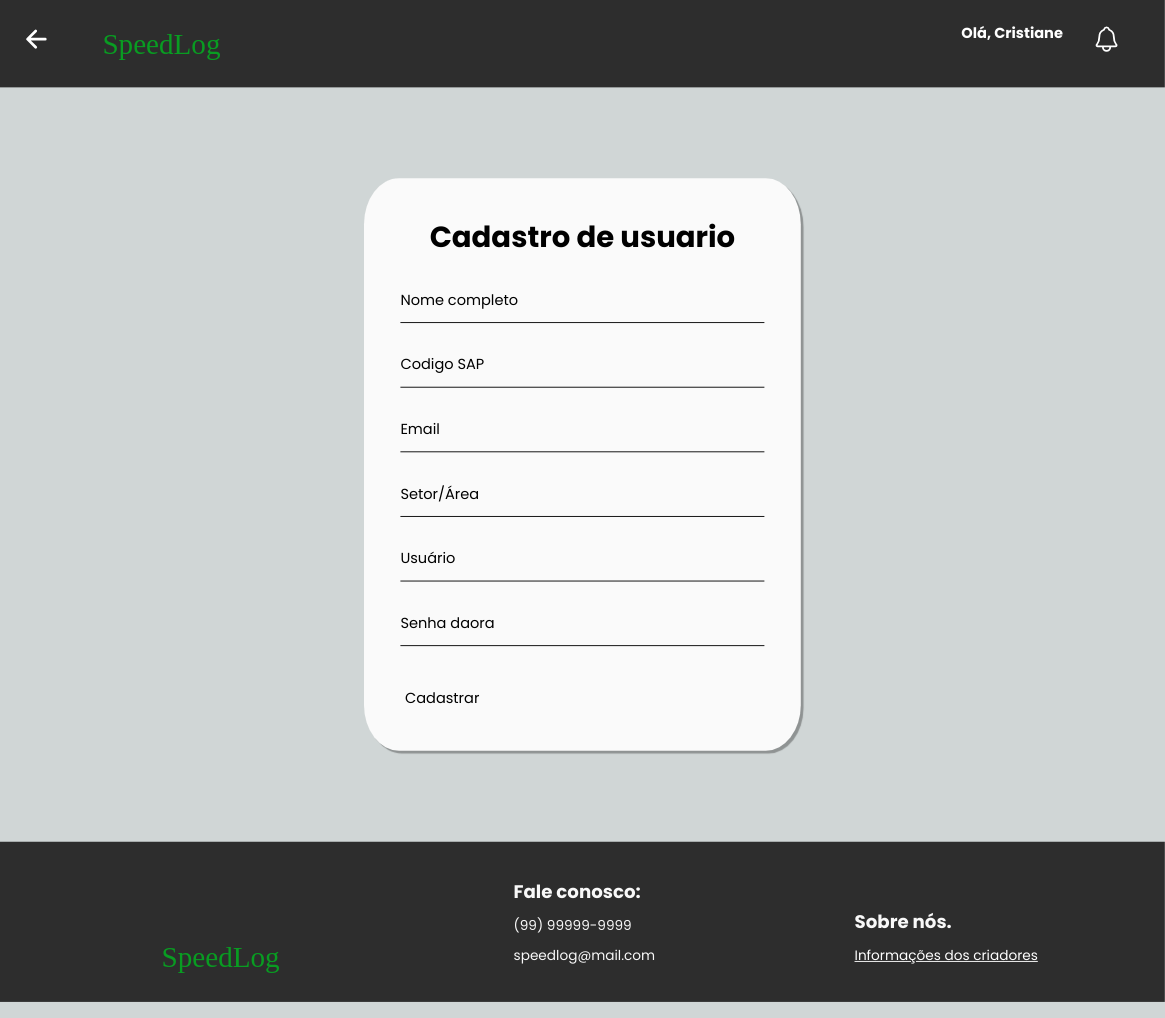
Repository: crisholiveira/speedlog
Page: http://localhost/cadastroDeUsuario/
These files come from the project's save history. The page is drawn as it stood at one moment and after the next save; the edit follows.
The browser window is 1280 px wide. The pictures show the whole page, at 91% of full size.
Some web fonts or font styles are not loaded; a fallback is used. The page is served by the project's Node server (app.js). Other server files are loaded and not shown.

Above is the page before, as saved 2022-01-23 18:16:15.

### views/cadUsuario.ejs
<!DOCTYPE html>
<html lang="pt-br">
<head>
    <meta charset="UTF-8">
    <meta http-equiv="X-UA-Compatible" content="IE=edge">
    <meta name="viewport" content="width=device-width, initial-scale=1.0">
    <title>Cadastro de usuário</title>

    <link rel="stylesheet" href="/stylesheets/cadUsuario.css">
    <%- include('./partials/header.ejs') %>

</head>


<body>

    <div class="container">
        <div class="card">
            <h1>Cadastro de usuario</h1>

            <div class="label-float">
                <input type="text" name="nome" id="nome" placeholder=" ">
                <label for="nome">Nome completo</label>
            </div>

            <div class="label-float">
                <input type="number" name="sap" id="sap" placeholder=" ">
                <label for="sap">Codigo SAP</label>
            </div>

            <div class="label-float">
                <input type="email" name="email" id="email" placeholder=" ">
                <label for="email">Email</label>
            </div>

            <div class="label-float">
                <input type="text" name="setor" id="setor" placeholder=" ">
                <label for="setor">Setor/Área</label>
            </div>

            <div class="label-float">
                <input type="text" name="usuario" id="usuario" placeholder=" ">
                <label for="usuario">Usuário</label>
            </div>

            <div class="label-float">
                <input type="password" name="senha" id="senha" placeholder=" ">
                <label for="senha">Senha daora</label>
            </div>

            <div class="justfy-center">
                <button>Cadastrar</button>
            </div>

        </div>
    </div>


    <%- include('./partials/footer.ejs') %>
</body>


</html>

### views/partials/header.ejs
<!DOCTYPE html>
<html lang="en">

<head>
    <meta charset="UTF-8">
    <meta http-equiv="X-UA-Compatible" content="IE=edge">
    <meta name="viewport" content="width=device-width, initial-scale=1.0">
    <link rel="stylesheet" href="/stylesheets/header.css">
    <title>SpeedLog</title>
</head>
<header>
    <div id="menu-header">
        <div class="header-container">
            <span class="icone-voltar"><a href="/home"><ion-icon name="arrow-back-outline"></ion-icon></a>

            </span>
            <span class="logo">SpeedLog</span>
            <span class="icone-notificacao">
                <ion-icon name="notifications-outline"></ion-icon>
            </span>
            <span class="bem-vindo">
                <h4>Olá, Cristiane</h4>
            </span>
        </div>
    </div>
</header>
<script type="module" src="https://unpkg.com/ionicons@5.5.2/dist/ionicons/ionicons.esm.js"></script>
<script nomodule src="https://unpkg.com/ionicons@5.5.2/dist/ionicons/ionicons.js"></script>

### views/partials/footer.ejs
<!DOCTYPE html>
<html lang="en">
<head>
    <meta charset="UTF-8">
    <meta http-equiv="X-UA-Compatible" content="IE=edge">
    <meta name="viewport" content="width=device-width, initial-scale=1.0">
    <title>Document</title>
    <link rel="stylesheet" href="/stylesheets/footer.css">
</head>

<footer>

    <div class="footer">

        <div class="caixa1">
            <span class="logo"> SpeedLog </span>
        </div>

        <div class="caixa2">

            <ul>
            <li class="titulo"><b>Fale conosco:</b> </li>
            <li >(99) 99999-9999</li>
            <li>speedlog@mail.com</li>
            </ul>

        </div>

        <div class='caixa3'>
            <ul>
                <li class="titulo"><b>Sobre nós.</b></li>
                <li><a href="#" style="color: white">Informações dos criadores</a></li>
            </ul>
        </div>


    </div>

</footer>

### app.js
var createError = require('http-errors');
var express = require('express');
var path = require('path');
var cookieParser = require('cookie-parser');
var logger = require('morgan');

var indexRouter = require('./routes/index');
var usersRouter = require('./routes/users');
var homeRouter = require('./routes/home');
var perfilRouter = require('./routes/perfil');
var requisicoesRouter = require('./routes/requisicoes');
var estoqueRouter = require('./routes/estoque');
var usuariosRouter = require('./routes/usuarios');
var produtosRouter = require('./routes/produtos');
var cadFornecedorRouter = require('./routes/cadFornecedor')
var cadUsuarioRouter = require('./routes/cadUsuario');


var app = express();

// view engine setup
app.set('views', path.join(__dirname, 'views'));
app.set('view engine', 'ejs');

app.use(logger('dev'));
app.use(express.json());
app.use(express.urlencoded({ extended: false }));
app.use(cookieParser());
app.use(express.static(path.join(__dirname, 'public')));

app.use('/', indexRouter);
app.use('/users', usersRouter);
app.use('/home', homeRouter);
app.use('/perfil', perfilRouter);
app.use('/requisicoes', requisicoesRouter);
app.use('/estoque', estoqueRouter);
app.use('/usuarios', usuariosRouter);
app.use('/produtos', produtosRouter);
app.use('/cadastroDeFornecedor', cadFornecedorRouter);
app.use('/cadastroDeUsuario', cadUsuarioRouter);

// catch 404 and forward to error handler
app.use(function(req, res, next) {
  next(createError(404));
});

// error handler
app.use(function(err, req, res, next) {
  // set locals, only providing error in development
  res.locals.message = err.message;
  res.locals.error = req.app.get('env') === 'development' ? err : {};

  // render the error page
  res.status(err.status || 500);
  res.render('error');
});

module.exports = app;

### controllers/cadUsuarioController.js
const cadUsuarioController = {
    index: (req,res) => {
        res.render('cadUsuario')
    }
}

module.exports = cadUsuarioController;

### public/stylesheets/cadUsuario.css
* {
    margin: 0;
    padding: 0;
}

body{
    background-color: rgb(208, 214, 214);
    /*
    background-image: url(../img/fundo.jpg);
    background-repeat: no-repeat;
    background-size: cover;
    background-position: center;
    background-attachment: fixed; */
}

.container{
    display: flex;
    justify-content: center;
    width: 100%;
    margin-top: 100px;
    margin-bottom: 100px;
}

.card{
    background-color: rgb(250, 250, 250);
    padding: 40px;
    border-radius: 8%;
    box-shadow: 3px 3px 1px 0 #00000050;

}

h1{
    text-align: center;
    margin-bottom: 20px;
}

.label-float input{
    width: 100%;
    padding: 5px 5px;
    display: inline-block;
    border: 0;
    border-bottom: 1px solid #000;
    background-color: transparent;
    outline: none;
    min-width: 400px;
    font-size: 18px;
    transition: all .3s ease-out;
}

.label-float{
    position: relative;
    padding-top: 13px;
    margin-top: 5%;
    margin-bottom: 5%;
}

.label-float input:focus{
    border-bottom: 2px solid #000;
}

.label-float label{
    color: rgb(0, 0, 0);
    pointer-events: none;
    position: absolute;
    top: 0;
    left: 0;
    margin-top: 13px;
    transition: all .3s ease-out;
}

.label-float input:focus + label{
    font-size: 12px;
    margin-top: 0;
    color: black;
}

button{
    background-color: transparent;
    border-color: black;
    color: black;
    padding: 5px;
    font-size: 12pt;
    margin-top: 20px;
    border-radius: 8%;
    cursor: pointer;
    outline: node;
}

button:hover{
    background-color: rgb(27, 168, 81);
    color: white;
    transition: all .3s ease-out;
}

### public/stylesheets/header.css
@import url('https://fonts.googleapis.com/css2?family=Poppins:wght@100;200;300;400;500;600;700&display=swap');
@import url('https://fonts.googleapis.com/css2?family=Patrick+Hand&display=swap');

*{
    padding: 0;
    margin: 0;
    box-sizing: border-box;
    border: none;
    font-family: 'Poppins'
}

header {
    min-height: 10vh;
    background-color:#2d2d2d;

}

.header-container a {
    color: white;
}



.header-container {
    padding: 1.5rem;

}

.logo {
    color:#099c22;
    font-family: 'Patrick Hand', cursive;
    font-size: 2rem;
    padding: 3rem;

}


.icone-voltar {
    font-size: 2rem;
    color: white;



}

.icone-notificacao {
    font-size: 2rem;
    color: white;
    float: right;
    padding-right: 1.5rem;

}

.bem-vindo {
    color: white;
    float: right;

}
.bem-vindo h4 {
    padding-right: 2rem;
}
@media (max-width: 768px){
    .logo{
        display: none;
    }
}

### public/stylesheets/footer.css
*{
    padding: 0;
    margin: 0;
    box-sizing: border-box;
    border: none;
    font-family: 'Poppins'
}

footer{
    min-height: 10vh;
    background-color:#2d2d2d;
    color: rgb(248, 248, 248);
    padding: 30px;
    position: absolute;
    margin-bottom: 0px;
    width: 100%;


}

.logo{
    color:#099c22;
    font-family: 'Patrick Hand', cursive;
    font-size: 2rem;
    text-align: center;
}

ul{

    list-style: none;


}

li{
    margin: 10px;
    font-size: 15px;

}

.footer{
    display: flex;
    justify-content: space-around;
    align-items: flex-end;
}

.titulo{
    font-size: 20px;
}

After the next save:
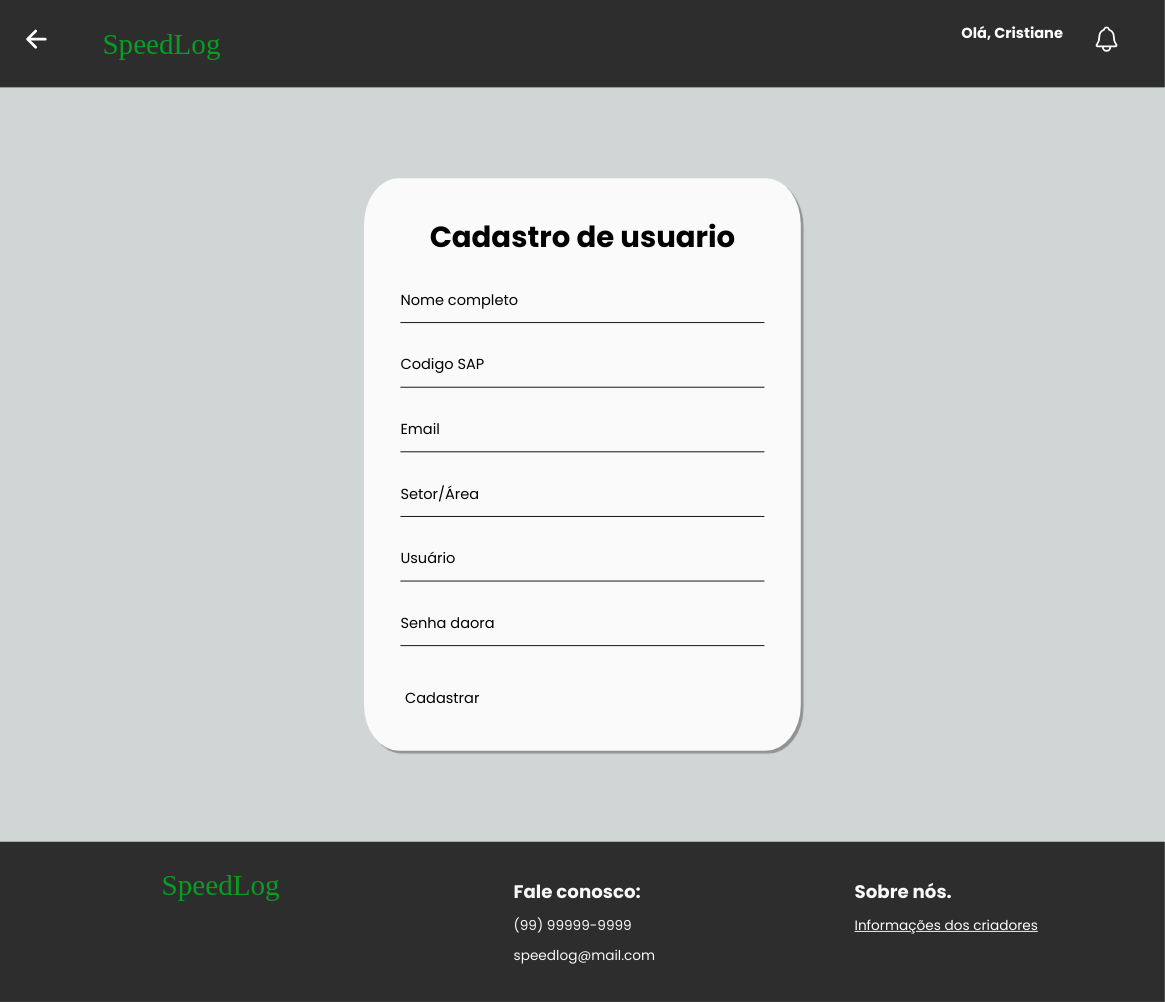
Saved 37 s later.
--- a/public/stylesheets/footer.css
+++ b/public/stylesheets/footer.css
@@ -41,7 +41,7 @@ li{
 .footer{
     display: flex;
     justify-content: space-around;
-    align-items: flex-end;
+
 }
 
 .titulo{
